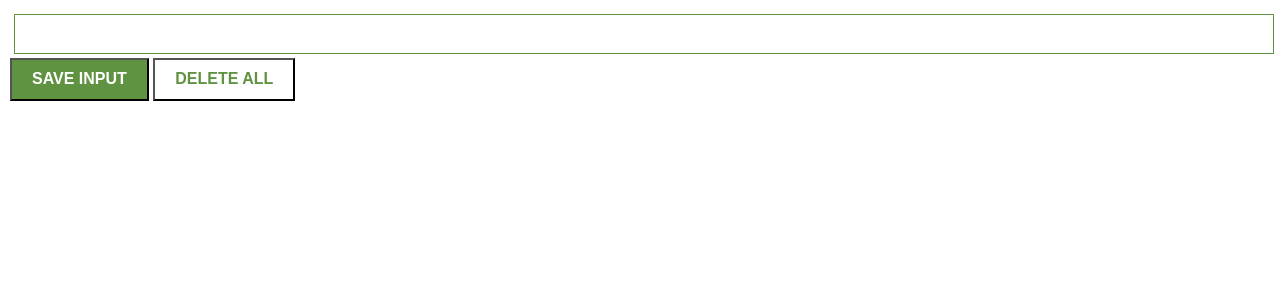
Repository: jt010051/chromeExtension
Page: index.html
An editor plug-in stored every save of this project. The page is shown before and after the next save, followed by the edit.
The browser window is 1280 px wide. The pictures show the whole page.

Above is the page before, as saved 2022-02-28 07:36:32.

After the next save:
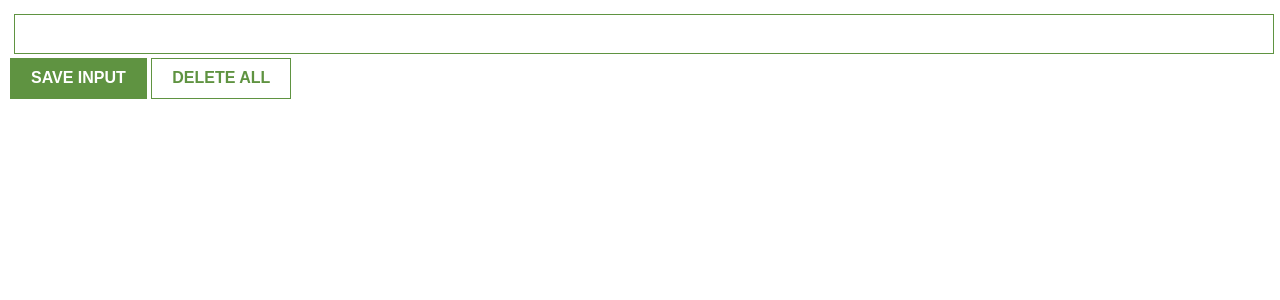
Saved 47 s later.
--- a/index.css
+++ b/index.css
@@ -22,6 +22,7 @@ button {
    background: #5f9341;
    color: white;
 padding:10px 20px;
+border: 1px solid #5f9341;
 
     font-weight: bold;
 
